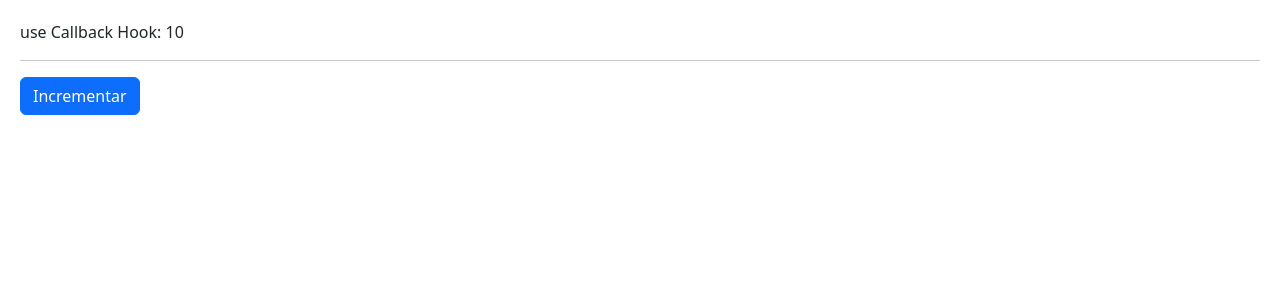
Repository: bryanesteban/hooks-App
Page: /
An editor plug-in stored every save of this project. The page is shown before and after the next save, followed by the edit.
The browser window is 1280 px wide. The pictures show the whole page.
The project was rebuilt for these pictures with package versions that can differ from the ones it lists, and the page was loaded fresh each time. Also part of the build but not shown: vite.config.js, src/HooksApp.jsx, src/01-useState/CounterApp.jsx, src/hooks/useCounter.jsx, src/01-useState/CounterWithCustomHook.jsx, src/02-useEffect/Message.jsx, src/02-useEffect/SimpleForm.jsx, src/hooks/useForm.js and 10 more.

Above is the page before, as saved 2024-08-12 23:37:30.

### src/main.jsx
import React from 'react'
import ReactDOM from 'react-dom/client'
import './index.css'
import { HooksApp } from './HooksApp'
import { CounterApp } from './01-useState/CounterApp'
import { CounterWithCustomHook } from './01-useState/CounterWithCustomHook'
import { SimpleForm } from './02-useEffect/SimpleForm'
import { FormWithCustomHook } from './02-useEffect/FormWithCustomHook'
import { MultipleCustomHook } from './03-examples/MultipleCustomHook'
import { FocusScreen } from './04-useRef/FocusScreen'
import { Layout } from './05-useLayoutEffect/Layout'
import { Memorize } from './06-memos/Memorize'
import { MemoHook } from './06-memos/MemoHook'
import { CallbackHook } from './06-memos/CallbackHook'

ReactDOM.createRoot(document.getElementById('root')).render(
  // <React.StrictMode>
  //   <FormWithCustomHook />
  // <MultipleCustomHook />
  // <FocusScreen/>
  // <Layout/>
      // <Memorize/>
      // <MemoHook/>
      <CallbackHook/>

  // </React.StrictMode>
)

### src/06-memos/CallbackHook.jsx

import React, { useCallback, useState } from 'react'
import { ShowIncrement } from './ShowIncrement';

export const CallbackHook = () => {

    const [counter, setCounter] = useState( 10 );

    const incrementFather = useCallback(
        (value) => {
            // console.log('setCounter( counter +1 );');
            // setCounter( counter + 1 );
            setCounter( (c) => c + value );
        },
        [],
    )

    // const incrementFather = () =>{
    //     setCounter(counter + 1);
    // }


  return (
    <>
    <div>use Callback Hook: {counter}</div>
    <hr/>
    <ShowIncrement increment={incrementFather}></ShowIncrement>
    </>

  )
}

### src/06-memos/ShowIncrement.jsx
import React from 'react'

export const ShowIncrement = ({increment}) => {

    console.log('Me volvi a generar =(');

    return (
    <button
        className="btn btn-primary"
        onClick={() => {
            increment( 5 );
        }}
    >
        Incrementar
    </button>
  )
}

### src/07-tarea-memo/Padre.jsx
import React from 'react'
import { Hijo } from './Hijo'
import { useState } from 'react';

export const Padre = () => {

    const numeros = [2,4,6,8,10];
    const [valor, setValor] = useState(0);

    const incrementar = ( num ) => {
        setValor( valor + num )
    }


    return (
        <div>
            <h1>Padre</h1>
            <p> Total: { valor } </p>

            <hr />

            {
                numeros.map( n => (
                    <Hijo
                        key={ n }
                        numero={ n }
                        incrementar={ incrementar }
                    />
                ))
            }
            {/* <Hijo /> */}
        </div>
    )
}

### src/07-tarea-memo/Hijo.jsx
import React from 'react'

export const Hijo = ({ numero, incrementar }) => {

    console.log('  Me volví a generar :(  ');

    return (
        <button
            className="btn btn-primary mr-3"
            onClick={ () => incrementar( numero ) }
        >
            { numero }
        </button>
    )
}

Loaded but not shown: index.html (common file); src/index.css (common file)

After the next save:
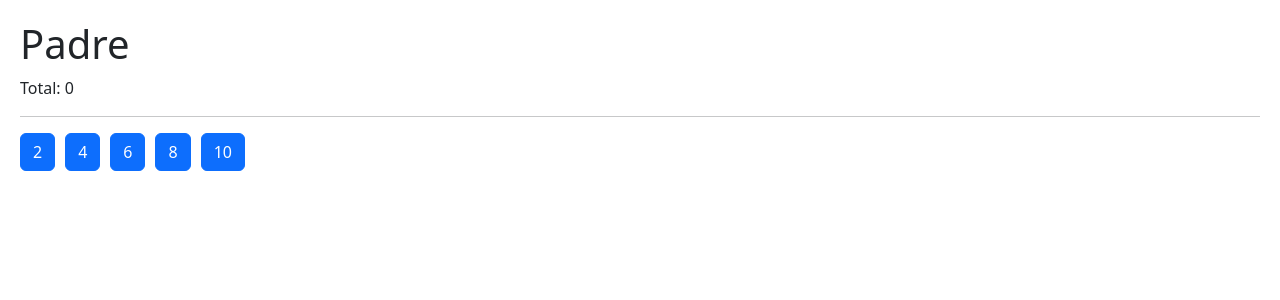
Saved 2 min 55 s later.
--- a/src/main.jsx
+++ b/src/main.jsx
@@ -12,6 +12,7 @@
 import { Memorize } from './06-memos/Memorize'
 import { MemoHook } from './06-memos/MemoHook'
 import { CallbackHook } from './06-memos/CallbackHook'
+import { Padre } from './07-tarea-memo/Padre'
 
 ReactDOM.createRoot(document.getElementById('root')).render(
   // <React.StrictMode>
@@ -21,7 +22,8 @@
   // <Layout/>
       // <Memorize/>
       // <MemoHook/>
-      <CallbackHook/>
+      // <CallbackHook/>
+      <Padre/>
 
   // </React.StrictMode>
 )
